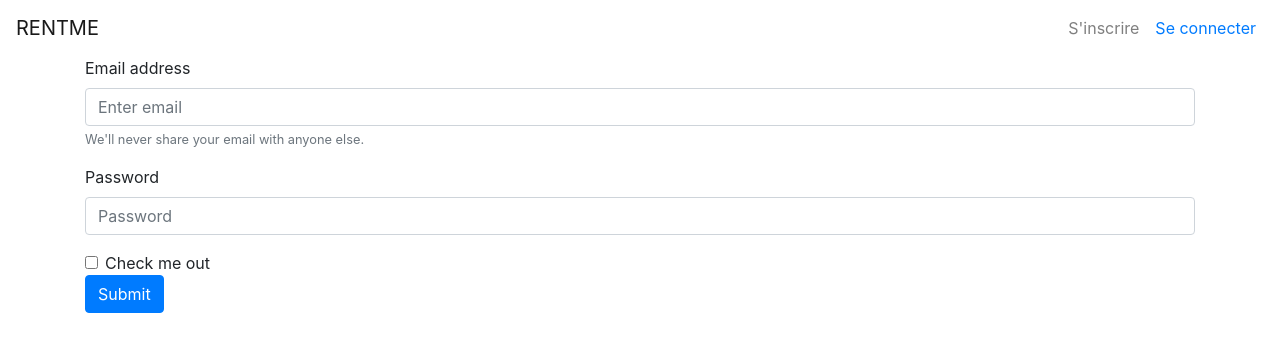
Repository: johan1412/rentme-front
Page: /login
These files come from the project's save history. The page is drawn as it stood at one moment and after the next save; the edit follows.
The browser window is 1280 px wide. The pictures show the whole page.
The project was rebuilt for these pictures with package versions that can differ from the ones it lists, and the page was loaded fresh each time. Also part of the build but not shown: vue.config.js, src/components/auth/Register.vue, src/components/Home.vue.

Above is the page before, as saved 2021-12-14 18:59:59.

After the next save:
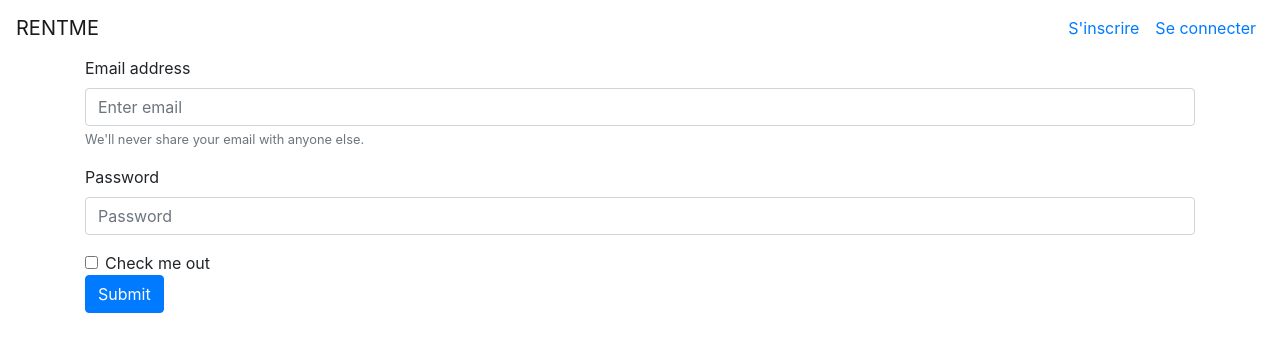
Saved 34 s later.
--- a/src/components/layouts/NavBar.vue
+++ b/src/components/layouts/NavBar.vue
@@ -4,7 +4,7 @@
     <b-navbar-brand href="#" class="m">RENTME</b-navbar-brand>
     <b-collapse id="nav-collapse" is-nav>
       <b-navbar-nav class="ml-auto">
-        <router-link to="register"><b-nav-item>S'inscrire</b-nav-item></router-link>
+        <b-nav-item><router-link to="register">S'inscrire</router-link></b-nav-item>
         <b-nav-item><router-link to="login">Se connecter</router-link></b-nav-item>
       </b-navbar-nav>
     </b-collapse>
